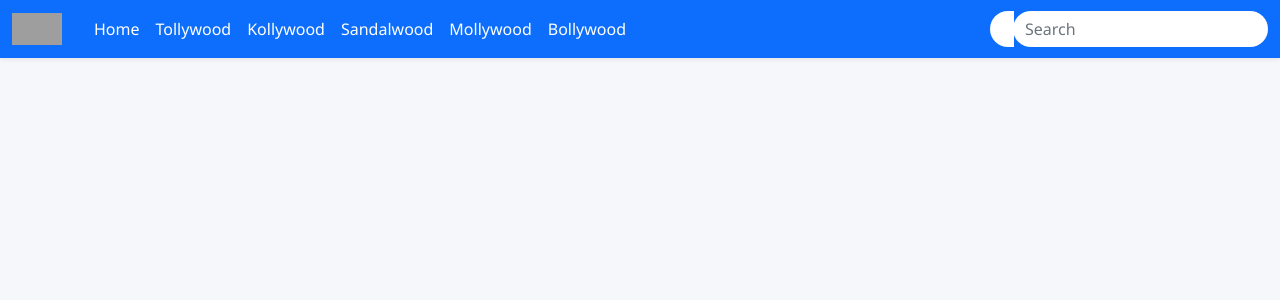
Repository: chandu7777158/Movies_spot
Page: /
An editor plug-in stored every save of this project. The page is shown before and after a run of saves, followed by the edit.
The browser window is 1280 px wide. The pictures show the whole page.
Pictures or frames that could not be fetched are drawn as grey boxes. The project was rebuilt for these pictures with package versions that can differ from the ones it lists, and the page was loaded fresh each time. Also part of the build but not shown: vite.config.js.

Above is the page before, as saved 2026-01-22 15:02:35.

### index.html
<!doctype html>
<html lang="en">
  <head>
    <meta charset="UTF-8" />
    <link rel="icon" type="image/svg+xml" href="/vite.svg" />
    <meta name="viewport" content="width=device-width, initial-scale=1.0" />
    <title>movies_spot</title>
    <link href="https://cdn.jsdelivr.net/npm/bootstrap@5.2.3/dist/css/bootstrap.min.css" rel="stylesheet" integrity="sha384-rbsA2VBKQhggwzxH7pPCaAqO46MgnOM80zW1RWuH61DGLwZJEdK2Kadq2F9CUG65" crossorigin="anonymous">

  </head>
  <body>
    <script src="https://cdn.jsdelivr.net/npm/bootstrap@5.2.3/dist/js/bootstrap.bundle.min.js" integrity="sha384-kenU1KFdBIe4zVF0s0G1M5b4hcpxyD9F7jL+jjXkk+Q2h455rYXK/7HAuoJl+0I4" crossorigin="anonymous"></script>
    <div id="root"></div>
    <script type="module" src="/src/main.jsx"></script>
  </body>
</html>

### src/index.css
body {
	background: #f5f7fa;
	min-height: 100vh;
	color: #222;
	font-family: 'Segoe UI', 'Roboto', 'Arial', sans-serif;
	margin: 0;
}

/* Navbar highlight styles */
.nav-highlight {
	color: #fff !important;
	font-weight: 500;
	position: relative;
	transition: color 0.2s, text-shadow 0.2s;
}
.nav-highlight:hover,
.nav-highlight.active {
	color: #ffe066 !important;
	text-shadow: 0 2px 8px #0d6efd55;
}

/* Rounded search bar */
.rounded-search .form-control {
	border-radius: 30px !important;
}
.rounded-search .input-group-text {
	border-radius: 30px 0 0 30px !important;
}

### src/App.jsx
import React from 'react'
import Navbar from './components/Navbar'

export default function App() {
  return (
    <div>
      <Navbar/>
    </div>
  )
}

### src/components/Navbar.jsx
import React from 'react';

export default function Navbar() {
    return (
        <nav className="navbar navbar-expand-lg navbar-dark bg-primary shadow-sm py-2">
            <div className="container-fluid">
                <a className="navbar-brand d-flex align-items-center" href="#">
                    <img src="https://static.vecteezy.com/system/resources/previews/022/580/623/non_2x/movie-media-letter-logo-design-illustration-free-vector.jpg" alt="Logo" width="50" height="32" className="d-inline-block align-text-top me-2"/>
                </a>
                {/* Search icon for mobile, left of hamburger */}
                <span className="d-lg-none me-2">
                    <i className="bi bi-search text-white fs-4"></i>
                </span>
                <button className="navbar-toggler" type="button" data-bs-toggle="collapse" data-bs-target="#navbarNav" aria-controls="navbarNav" aria-expanded="false" aria-label="Toggle navigation">
                    <span className="navbar-toggler-icon"></span>
                </button>
                <div className="collapse navbar-collapse" id="navbarNav">
                    <ul className="navbar-nav me-auto mb-2 mb-lg-0">
                        {['Home','Tollywood','Kollywood','Sandalwood','Mollywood','Bollywood'].map((item) => (
                            <li className="nav-item" key={item}>
                                <a className="nav-link nav-highlight" href="#">{item}</a>
                            </li>
                        ))}
                    </ul>
                    {/* Search bar for desktop/tablet */}
                    <form className="d-none d-lg-flex" role="search" style={{alignItems:'center'}}>
                        <div className="input-group rounded-search">
                            <span className="input-group-text bg-white border-0" id="search-addon">
                                <i className="bi bi-search text-primary"></i>
                            </span>
                            <input className="form-control border-0 bg-white text-dark" type="search" placeholder="Search" aria-label="Search" style={{borderRadius:'30px'}} />
                        </div>
                    </form>
                </div>
            </div>
        </nav>
    );
}

Loaded but not shown: src/main.jsx (common file)

After the next 3 saves:
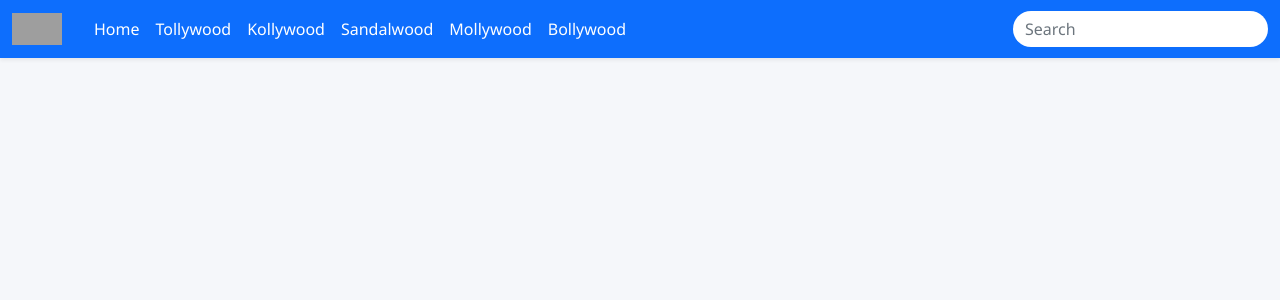
The 3 saves are shown as one change because they came seconds apart.
The last was saved 11 s later.
--- a/src/components/Navbar.jsx
+++ b/src/components/Navbar.jsx
@@ -2,7 +2,7 @@ import React from 'react';
 
 export default function Navbar() {
     return (
-        <nav className="navbar navbar-expand-lg navbar-dark bg-primary shadow-sm py-2">
+        <nav className="navbar navbar-expand-md navbar-dark bg-primary shadow-sm py-2">
             <div className="container-fluid">
                 <a className="navbar-brand d-flex align-items-center" href="#">
                     <img src="https://static.vecteezy.com/system/resources/previews/022/580/623/non_2x/movie-media-letter-logo-design-illustration-free-vector.jpg" alt="Logo" width="50" height="32" className="d-inline-block align-text-top me-2"/>
@@ -25,9 +25,7 @@ export default function Navbar() {
                     {/* Search bar for desktop/tablet */}
                     <form className="d-none d-lg-flex" role="search" style={{alignItems:'center'}}>
                         <div className="input-group rounded-search">
-                            <span className="input-group-text bg-white border-0" id="search-addon">
-                                <i className="bi bi-search text-primary"></i>
-                            </span>
+
                             <input className="form-control border-0 bg-white text-dark" type="search" placeholder="Search" aria-label="Search" style={{borderRadius:'30px'}} />
                         </div>
                     </form>
